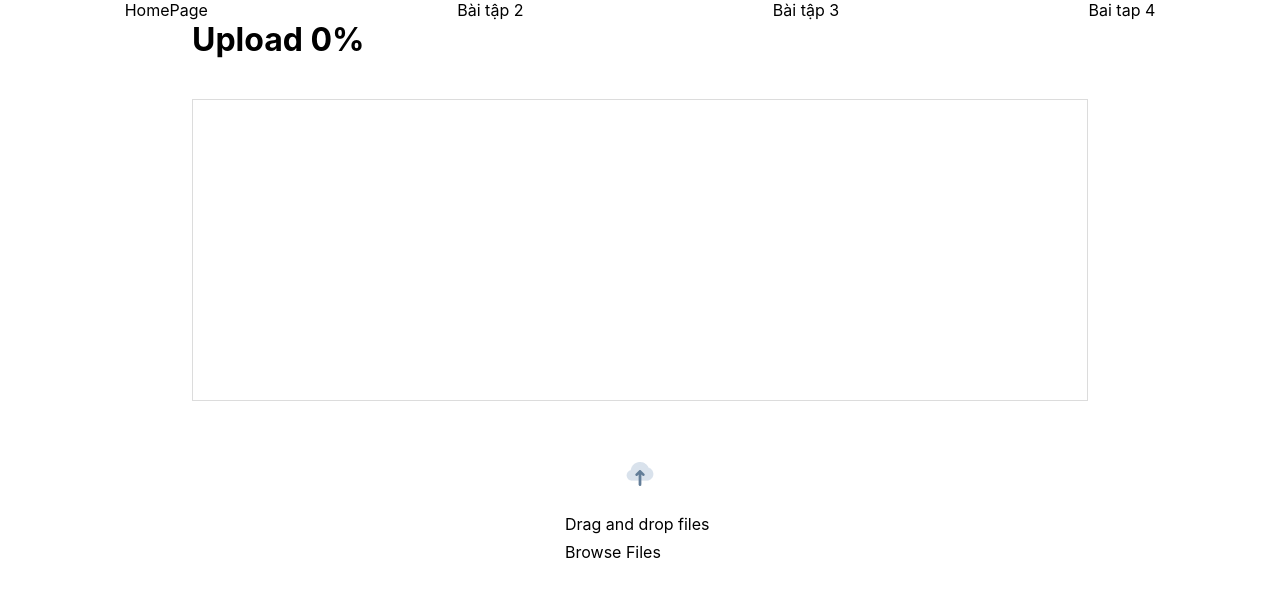
Repository: tungdau93/Training-ReactJS
Page: /bai-tap-3
These files come from the project's save history. The page is drawn as it stood at one moment and after the next save; the edit follows.
The browser window is 1280 px wide. The pictures show the whole page.
The project was rebuilt for these pictures with package versions that can differ from the ones it lists, and the page was loaded fresh each time. Also part of the build but not shown: src/App.css, src/hooks/useClickOutside.js, src/Assignments/BaiTap2.jsx, src/Assignments/HomePage.jsx.

Above is the page before, as saved 2022-10-03 10:48:42.

After the next save:
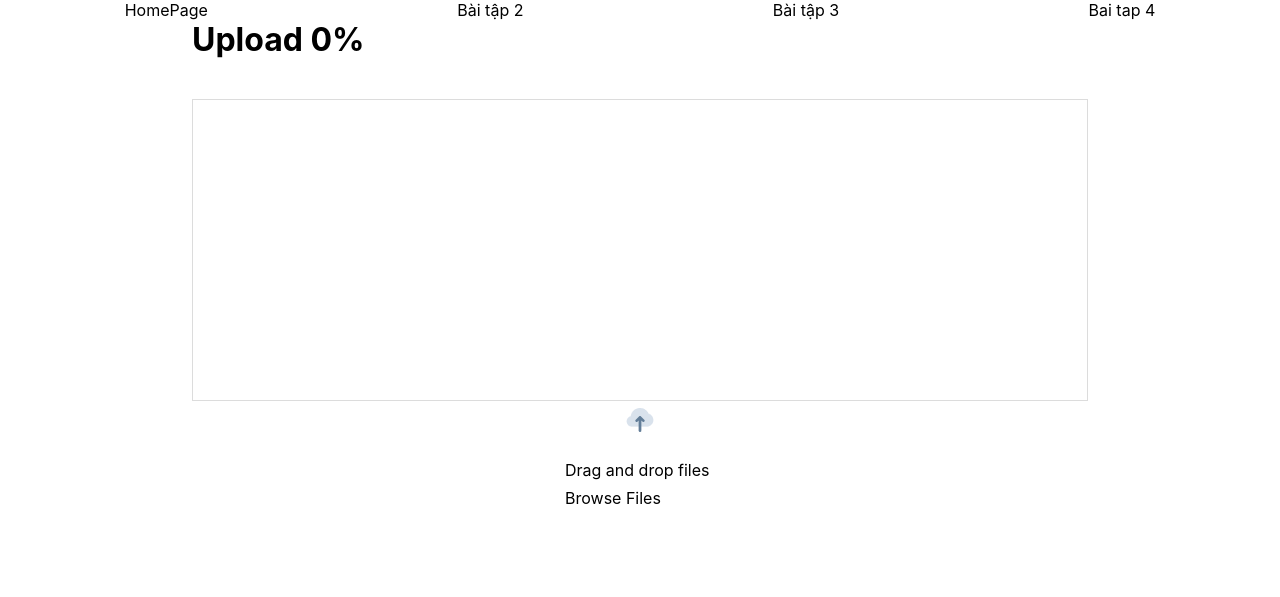
Saved 11 s later.
--- a/src/style/_bai-tap-3.scss
+++ b/src/style/_bai-tap-3.scss
@@ -259,7 +259,7 @@
       min-width: 150px;
       position: absolute;
       // left: 300px;
-      top: calc(300px + 54px);
+      top: calc(300px);
 
       .image-drag-drop {
         display: flex;
